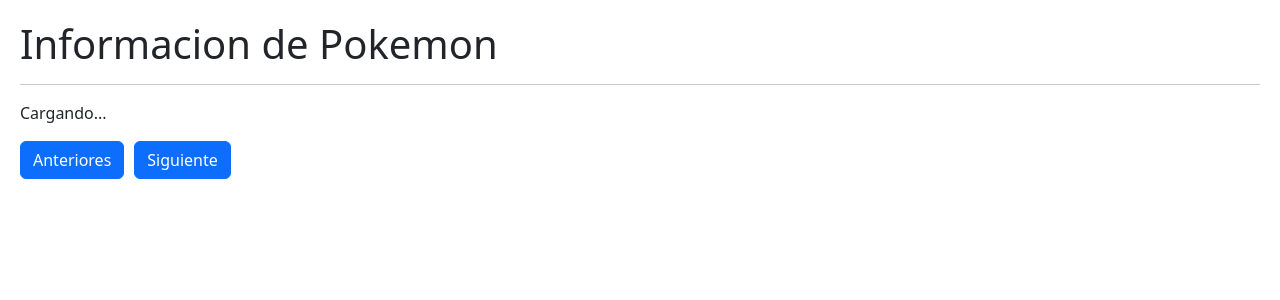
Repository: bryanesteban/hooks-App
Page: /
These files come from the project's save history. The page is drawn as it stood at one moment and after the next save; the edit follows.
The browser window is 1280 px wide. The pictures show the whole page.
The page's requests for data from a server got no answer. The project was rebuilt for these pictures with package versions that can differ from the ones it lists, and the page was loaded fresh each time. No one was signed in, and anything a server would have sent is missing. Also part of the build but not shown: vite.config.js, src/HooksApp.jsx, src/01-useState/CounterApp.jsx, src/hooks/useCounter.jsx, src/01-useState/CounterWithCustomHook.jsx, src/02-useEffect/Message.jsx, src/02-useEffect/SimpleForm.jsx, src/hooks/useForm.js and 1 more.

Above is the page before, as saved 2024-06-29 06:16:32.

### src/main.jsx
import React from 'react'
import ReactDOM from 'react-dom/client'
import './index.css'
import { HooksApp } from './HooksApp'
import { CounterApp } from './01-useState/CounterApp'
import { CounterWithCustomHook } from './01-useState/CounterWithCustomHook'
import { SimpleForm } from './02-useEffect/SimpleForm'
import { FormWithCustomHook } from './02-useEffect/FormWithCustomHook'
import { MultipleCustomHook } from './03-examples/MultipleCustomHook'

ReactDOM.createRoot(document.getElementById('root')).render(
  // <React.StrictMode>
  //   <FormWithCustomHook />
  // </React.StrictMode>
  <MultipleCustomHook />
)

### src/03-examples/MultipleCustomHook.jsx

import React from 'react'
import { useFetch } from '../hooks/useFetch'

export const MultipleCustomHook = () => {

   const { data, hasError, isLoading} = useFetch('https://pokeapi.co/api/v2/pokemon/1');




    return (
    <>
    <h1>Informacion de Pokemon</h1>
    <hr></hr>
        { isLoading && <p>Cargando...</p>}
        {/* <pre> {JSON.stringify(data, null, 2 )} </pre> */}
        <h2>{ data?.name }</h2>


        <button
            className="btn btn-primary"
        >
            Anteriores
        </button>
        <button
            className="btn btn-primary"
        >
            Siguiente
        </button>

    </>

  )
}

### src/hooks/useFetch.js


import React, { useEffect, useState } from 'react'

export const useFetch = ( url ) => {



    const [state, setstate] = useState({
        date:null,
        isLoading: true,
        hasError: false,
        error: null,
    });

    useEffect(() => {
        getFetch();


    }, [url])


    const setLoadingState = () => {
        setstate({
            date:null,
            isLoading: true,
            hasError: false,
            error: null,
        });
    }

    const getFetch= async() => {

        setLoadingState();
       const resp = await fetch( url );

       //sleep
       await new Promise( resolve => setTimeout(resolve, 2000));

       if( !resp.ok){
        setstate({
            data:null,
            isLoading: false,
            hasError: true,
            error:{
                code: resp.status,
                message: resp.statusText,
            }
        });
        return;
       }


       const data = await resp.json();
       setstate({
        data:data,
        isLoading: false,
        hasError: false,
        error: null
       })

       console.log({data});
    }

    return {
        data: state.data,
        isLoading: state.isLoading,
        hasError: state.hasError,
  }
}

Loaded but not shown: index.html (common file); src/index.css (common file)

After the next save:
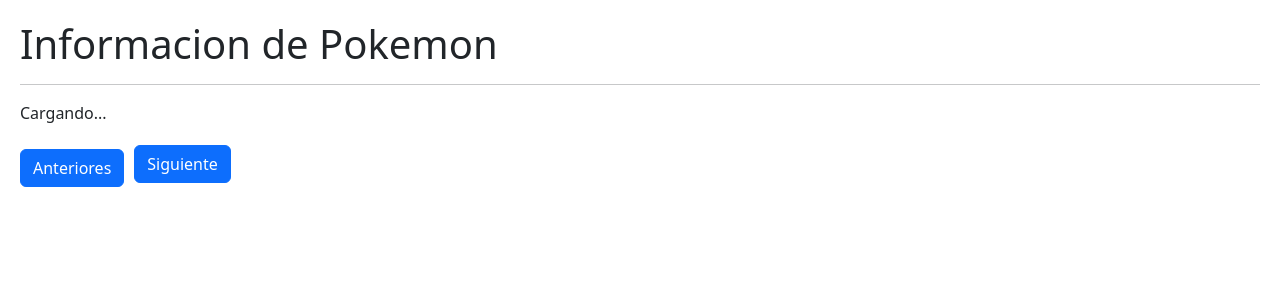
Saved 12 s later.
--- a/src/03-examples/MultipleCustomHook.jsx
+++ b/src/03-examples/MultipleCustomHook.jsx
@@ -19,7 +19,7 @@
 
 
         <button
-            className="btn btn-primary"
+            className="btn btn-primary mt-2"
         >
             Anteriores
         </button>
